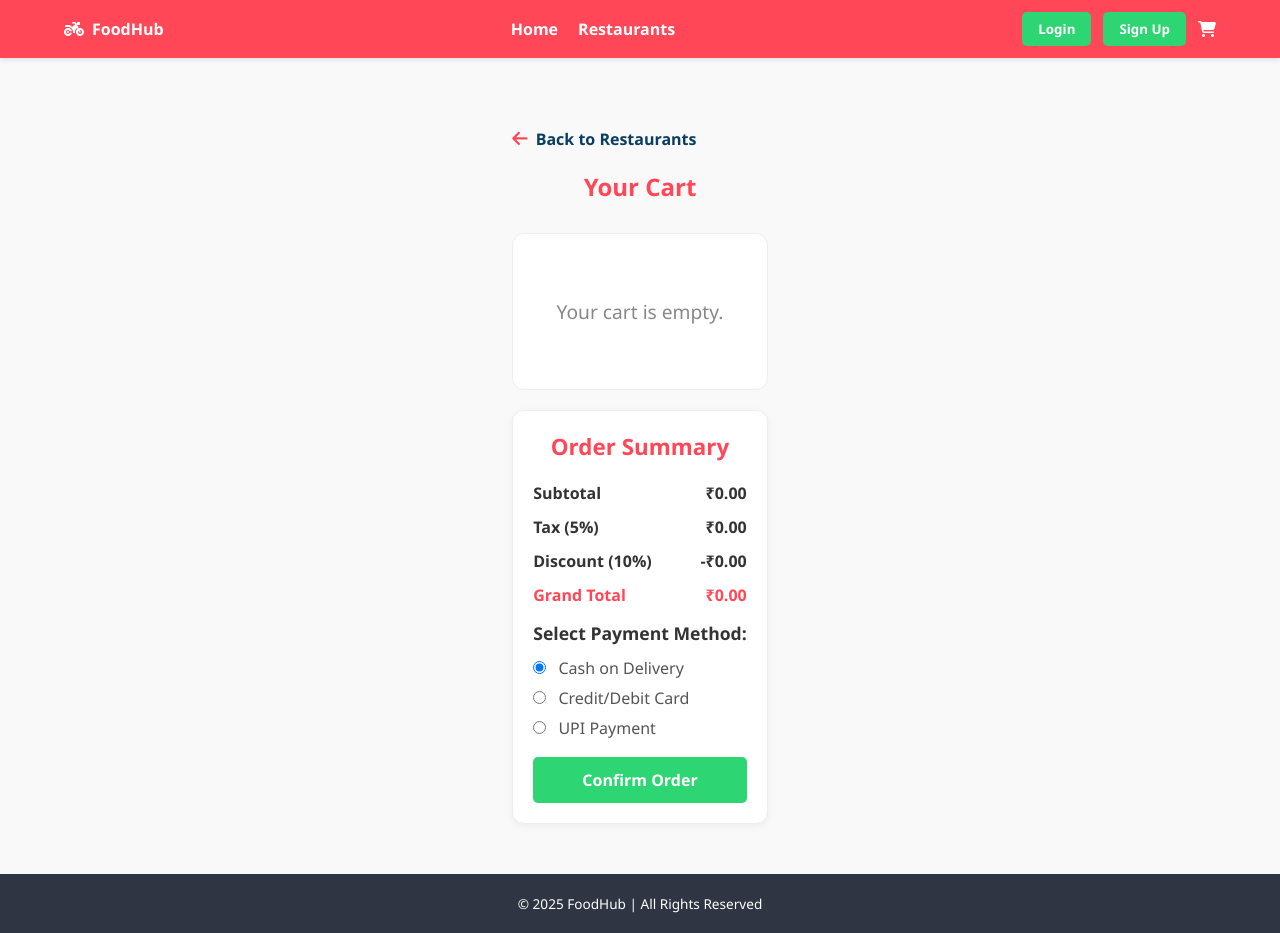
Repository: srinithiashoka/FoodDeliveryApp
Page: http://localhost/FoodDeliveryApp/cart.jsp
These files come from the project's save history. The page is drawn as it stood at one moment and after the next save; the edit follows.
The browser window is 1280 px wide. The pictures show the whole page.
The page is served by Tomcat 10. Other server files are loaded and not shown. Queries for data that is not in the repository find no rows.

Above is the page before, as saved 2025-12-03 15:37:55.

### FoodDeliveryApp/src/main/webapp/cart.jsp
<%@ page language="java" contentType="text/html; charset=UTF-8" pageEncoding="UTF-8"%>
<%@ page import="java.util.List" %>
<%@ page import="com.foodapp.model.CartItem" %>
<%@ page import="com.foodapp.dao.impl.CartDAOImpl" %>
<%@ page import="com.foodapp.dao.impl.MenuDAOImpl" %>
<%@ page import="com.foodapp.model.Menu" %>
<%@ page import="com.foodapp.model.User" %>

<%
    CartDAOImpl cartDAO = new CartDAOImpl();
    MenuDAOImpl menuDAO = new MenuDAOImpl();

    User user = (User) session.getAttribute("user");
    Integer userId = (user != null) ? user.getUserId() : 0;

    List<CartItem> cartItems = cartDAO.getCartByUser(userId);

    double subtotal = 0;
    for(CartItem item : cartItems){
        subtotal += item.getPrice() * item.getQuantity();
    }
    double tax = subtotal * 0.05;
    double discount = subtotal * 0.1;
    double grandTotal = subtotal + tax - discount;
%>

<!DOCTYPE html>
<html lang="en">
<head>
<meta charset="UTF-8">
<meta name="viewport" content="width=device-width, initial-scale=1.0">
<title>FoodHub - Your Cart</title>
<link rel="stylesheet" href="https://cdnjs.cloudflare.com/ajax/libs/font-awesome/6.5.0/css/all.min.css">
<link rel="stylesheet" href="css/cart.css">
</head>
<body>

<!-- Toast -->
<div id="toast"></div>

<header>
    <div class="container">
        <div class="navbar">
            <div class="logo">
                <i class="fa-solid fa-motorcycle"></i>
                <span>FoodHub</span>
            </div>
            <ul class="nav-menu">
                <li><a href="home.jsp">Home</a></li>
                <li><a href="home.jsp">Restaurants</a></li>
            </ul>
            <div class="nav-actions">
                <% if(user == null){ %>
                    <button onclick="location.href='login.jsp'" class="btn btn-login">Login</button>
                    <button onclick="location.href='signup.jsp'" class="btn btn-signup">Sign Up</button>
                <% } else { %>
                    <span>Welcome, <%= user.getUsername() %></span>
                <% } %>
                <div class="cart-icon-wrapper">
                    <a href="cart.jsp" title="View Cart">
                        <i class="fas fa-shopping-cart"></i>
                    </a>
                    <% if(cartItems.size() > 0) { %>
                        <span class="cart-badge"><%= cartItems.size() %></span>
                    <% } %>
                </div>
            </div>
        </div>
    </div>
</header>

<div class="cart-container">
    <a href="home.jsp" class="back-link"><i class="fa fa-arrow-left"></i> Back to Restaurants</a>
    <h2>Your Cart</h2>

    <% if(cartItems.isEmpty()){ %>
        <p class="empty-cart">Your cart is empty.</p>
    <% } else {
        for(CartItem item : cartItems){
            Menu menu = menuDAO.getMenuItemById(item.getMenuId());
            String imagePath = (menu != null && menu.getImagePath() != null && !menu.getImagePath().isEmpty())
                               ? menu.getImagePath()
                               : "images/default-food.jpg";
    %>
            <div class="cart-item" data-menu-id="<%= item.getMenuId() %>">
                <div class="cart-image">
                    <img src="<%= request.getContextPath() + "/" + imagePath %>"
                         alt="<%= item.getFoodName() %>"
                         onerror="this.src='<%= request.getContextPath() %>/images/default-food.jpg'"
                         style="width: 80px; height: 80px; object-fit: cover;">
                </div>
                <div class="cart-content">
                    <div class="cart-header">
                        <h3><%= item.getFoodName() %></h3>
                        <div class="cart-price" data-price="<%= item.getPrice() %>">₹<%= item.getPrice() %></div>
                    </div>
                    <div class="quantity-controls">
                        <button class="qty-btn decrease">-</button>
                        <input type="number" class="quantity-input" value="<%= item.getQuantity() %>" min="1" max="99">
                        <button class="qty-btn increase">+</button>
                        <button class="btn-remove">Remove</button>
                    </div>
                </div>
            </div>
    <% }} %>

    <div class="cart-summary">
        <h3>Order Summary</h3>
        <div class="summary-row">Subtotal <span id="subtotal">₹<%= String.format("%.2f", subtotal) %></span></div>
        <div class="summary-row">Tax (5%) <span id="tax">₹<%= String.format("%.2f", tax) %></span></div>
        <div class="summary-row">Discount (10%) <span id="discount">-₹<%= String.format("%.2f", discount) %></span></div>
        <div class="summary-row grand-total">Grand Total <span id="grandTotal">₹<%= String.format("%.2f", grandTotal) %></span></div>

        <div class="payment-method">
            <h4>Select Payment Method:</h4>
            <label><input type="radio" name="payment" value="cash" checked> Cash on Delivery</label>
            <label><input type="radio" name="payment" value="card"> Credit/Debit Card</label>
            <label><input type="radio" name="payment" value="upi"> UPI Payment</label>
        </div>

        <button class="checkout-btn" onclick="confirmOrder()">Confirm Order</button>
    </div>
</div>

<footer>
    <p>© 2025 FoodHub | All Rights Reserved</p>
</footer>

<script>
// Toast function
function showToast(message) {
    const toast = document.getElementById("toast");
    toast.textContent = message;
    toast.className = "show";
    setTimeout(() => {
        toast.className = toast.className.replace("show", "");
    }, 3000);
}

// Update totals
function updateTotals() {
    let subtotal = 0;
    document.querySelectorAll('.cart-item').forEach(item => {
        const qty = parseInt(item.querySelector('.quantity-input').value) || 0;
        const price = parseFloat(item.querySelector('.cart-price').dataset.price) || 0;
        subtotal += qty * price;
    });
    const tax = subtotal * 0.05;
    const discount = subtotal * 0.1;
    const grandTotal = subtotal + tax - discount;

    document.getElementById('subtotal').textContent = '₹' + subtotal.toFixed(2);
    document.getElementById('tax').textContent = '₹' + tax.toFixed(2);
    document.getElementById('discount').textContent = '-₹' + discount.toFixed(2);
    document.getElementById('grandTotal').textContent = '₹' + grandTotal.toFixed(2);
}

// Update cart quantity to server
function updateCartServer(menuId, quantity) {
    fetch('<%= request.getContextPath() %>/updateCart', {
        method: 'POST',
        headers: {'Content-Type': 'application/x-www-form-urlencoded'},
        body: `menuId=${menuId}&quantity=${quantity}`
    }).catch(err => console.error('Cart update failed:', err));
}

// Confirm Order
function confirmOrder() {
    const payment = document.querySelector('input[name="payment"]:checked').value;
    fetch('<%= request.getContextPath() %>/confirmOrder', {
        method: 'POST',
        headers: {'Content-Type': 'application/x-www-form-urlencoded'},
        body: `payment=${payment}`
    })
    .then(response => {
        if(response.ok){
            showToast("Order placed successfully!");
            setTimeout(() => {
                window.location.href = '<%= request.getContextPath() %>/trackorder.jsp';
            }, 1200);
        } else {
            showToast("Order failed. Please try again.");
        }
    }).catch(err => {
        console.error('Order request failed:', err);
        showToast("Order failed. Please try again.");
    });
}

// Quantity and Remove Button Events
document.addEventListener('DOMContentLoaded', function() {
    document.querySelectorAll('.cart-item').forEach(item => {
        const qtyInput = item.querySelector('.quantity-input');

        item.querySelector('.increase').addEventListener('click', () => {
            let currentQty = parseInt(qtyInput.value) || 1;
            qtyInput.value = currentQty + 1;
            updateTotals();
            updateCartServer(item.dataset.menuId, qtyInput.value);
        });
        item.querySelector('.decrease').addEventListener('click', () => {
            let currentQty = parseInt(qtyInput.value) || 1;
            if(currentQty > 1) {
                qtyInput.value = currentQty - 1;
                updateTotals();
                updateCartServer(item.dataset.menuId, qtyInput.value);
            }
        });
        item.querySelector('.btn-remove').addEventListener('click', () => {
            updateCartServer(item.dataset.menuId, 0);
            item.style.opacity = '0.5';
            setTimeout(() => item.remove(), 300);
            updateTotals();
        });
        qtyInput.addEventListener('change', () => {
            let qty = parseInt(qtyInput.value) || 1;
            if(qty < 1) qty = 1;
            if(qty > 99) qty = 99;
            qtyInput.value = qty;
            updateTotals();
            updateCartServer(item.dataset.menuId, qty);
        });
    });
});
</script>

</body>
</html>

### FoodDeliveryApp/src/main/java/com/foodapp/dao/impl/MenuDAOImpl.java
package com.foodapp.dao.impl;

import com.foodapp.dao.MenuDAO;
import com.foodapp.model.Menu;
import com.foodapp.util.DBConnection;

import java.sql.*;
import java.util.ArrayList;
import java.util.List;

public class MenuDAOImpl implements MenuDAO {

    @Override
    public boolean addMenuItem(Menu menu) {
        String sql = "INSERT INTO menu (restaurantId, itemName, description, price, isAvailable, imagePath) VALUES (?, ?, ?, ?, ?, ?)";
        try (Connection conn = DBConnection.getConnection();
             PreparedStatement ps = conn.prepareStatement(sql)) {
            ps.setInt(1, menu.getRestaurantId());
            ps.setString(2, menu.getItemName());
            ps.setString(3, menu.getDescription());
            ps.setDouble(4, menu.getPrice());
            ps.setBoolean(5, menu.isAvailable());
            ps.setString(6, menu.getImagePath());
            return ps.executeUpdate() > 0;
        } catch (SQLException e) { e.printStackTrace(); }
        return false;
    }

    @Override
    public boolean updateMenuItem(Menu menu) {
        String sql = "UPDATE menu SET restaurantId=?, itemName=?, description=?, price=?, isAvailable=?, imagePath=? WHERE menuId=?";
        try (Connection conn = DBConnection.getConnection();
             PreparedStatement ps = conn.prepareStatement(sql)) {
            ps.setInt(1, menu.getRestaurantId());
            ps.setString(2, menu.getItemName());
            ps.setString(3, menu.getDescription());
            ps.setDouble(4, menu.getPrice());
            ps.setBoolean(5, menu.isAvailable());
            ps.setString(6, menu.getImagePath());
            ps.setInt(7, menu.getMenuId());
            return ps.executeUpdate() > 0;
        } catch (SQLException e) { e.printStackTrace(); }
        return false;
    }

    @Override
    public boolean deleteMenuItem(int menuId) {
        String sql = "DELETE FROM menu WHERE menuId=?";
        try (Connection conn = DBConnection.getConnection();
             PreparedStatement ps = conn.prepareStatement(sql)) {
            ps.setInt(1, menuId);
            return ps.executeUpdate() > 0;
        } catch (SQLException e) { e.printStackTrace(); }
        return false;
    }

    @Override
    public Menu getMenuItemById(int menuId) {
        String sql = "SELECT * FROM menu WHERE menuId=?";
        try (Connection conn = DBConnection.getConnection();
             PreparedStatement ps = conn.prepareStatement(sql)) {
            ps.setInt(1, menuId);
            ResultSet rs = ps.executeQuery();
            if (rs.next()) return extractMenu(rs);
        } catch (SQLException e) { e.printStackTrace(); }
        return null;
    }

    @Override
    public List<Menu> getAllMenuItems() {
        List<Menu> list = new ArrayList<>();
        String sql = "SELECT * FROM menu";
        try (Connection conn = DBConnection.getConnection();
             Statement st = conn.createStatement();
             ResultSet rs = st.executeQuery(sql)) {
            while (rs.next()) list.add(extractMenu(rs));
        } catch (SQLException e) { e.printStackTrace(); }
        return list;
    }

    @Override
    public List<Menu> getMenuByRestaurant(int restaurantId) {
        List<Menu> list = new ArrayList<>();
        String sql = "SELECT * FROM menu WHERE restaurantId=?";
        try (Connection conn = DBConnection.getConnection();
             PreparedStatement ps = conn.prepareStatement(sql)) {
            ps.setInt(1, restaurantId);
            ResultSet rs = ps.executeQuery();
            while (rs.next()) list.add(extractMenu(rs));
        } catch (SQLException e) { e.printStackTrace(); }
        return list;
    }

    private Menu extractMenu(ResultSet rs) throws SQLException {
        Menu menu = new Menu();
        menu.setMenuId(rs.getInt("menuId"));
        menu.setRestaurantId(rs.getInt("restaurantId"));
        menu.setItemName(rs.getString("itemName"));
        menu.setDescription(rs.getString("description"));
        menu.setPrice(rs.getDouble("price"));
        menu.setAvailable(rs.getBoolean("isAvailable"));
        menu.setImagePath(rs.getString("imagePath"));
        return menu;
    }
}

### FoodDeliveryApp/src/main/webapp/css/cart.css
/* =======================
   RESET & GENERAL
======================= */
* {
    margin: 0;
    padding: 0;
    box-sizing: border-box;
    font-family: "Segoe UI", Tahoma, Geneva, Verdana, sans-serif;
}
a {
    text-decoration: none;
    color: inherit;
}
body {
    display: flex;
    flex-direction: column;
    min-height: 100vh;
    background: #f9f9f9;
    color: #333;
}
.container {
    width: 90%;
    max-width: 1200px;
    margin: auto;
}

/* =======================
   HEADER
======================= */
header {
    background: #ff4757;
    padding: 12px 0;
    color: white;
    position: sticky;
    top: 0;
    z-index: 100;
    box-shadow: 0 2px 5px rgba(0, 0, 0, 0.1);
}
.navbar {
    display: flex;
    justify-content: space-between;
    align-items: center;
}
.logo {
    display: flex;
    align-items: center;
    gap: 8px;
    font-weight: 700;
    transition: transform 0.5s ease, color 0.5s ease;
}
.logo:hover {
    transform: rotate(-5deg) scale(1.05);
    color: #ffeaa7;
}
.scooter-icon {
    font-size: 28px;
    animation: bounce 2s infinite;
    color: white;
}
@keyframes bounce {
    0%, 100% { transform: translateY(0); }
    50% { transform: translateY(-6px); }
}
.nav-menu {
    display: flex;
    list-style: none;
    gap: 20px;
}
.nav-menu li a {
    font-weight: bold;
    color: white;
    transition: color 0.3s;
}
.nav-menu li a:hover { color: #ffeaa7; }
.nav-actions {
    display: flex;
    align-items: center;
    gap: 12px;
}
.btn {
    padding: 8px 16px;
    border: none;
    border-radius: 5px;
    cursor: pointer;
    font-weight: bold;
    transition: background 0.3s, transform 0.2s;
}
.btn-login, .btn-signup {
    background: #2ed573;
    color: white;
}
.btn-login:hover, .btn-signup:hover {
    background: #26c35e;
    transform: scale(1.05);
}
.cart-icon-wrapper { position: relative; }
.cart-badge {
    position: absolute;
    top: -5px;
    right: -7px;
    background: #ff4757;
    color: white;
    font-size: 12px;
    padding: 2px 6px;
    border-radius: 50%;
}

/* =======================
   CART CONTAINER
======================= */
.cart-container {
    padding: 50px 0;
    max-width: 900px;
    margin: 0 auto;
}
/* Back link below navbar */
.back-link {
    display: inline-flex;
    align-items: center;

    gap: 8px;
    font-size: 1rem;
    font-weight: 600;
    color: #0a3d62;
    margin: 20px 0; /* space from header */
}
.back-link i { font-size: 1.1rem; color: #ff4757; }
.back-link:hover { text-decoration: underline; }

/* Cart title */
.cart-container h2 {
    text-align: center;
    color: #ff4757;
    margin-bottom: 30px;
}

/* Empty cart */
.empty-cart {
    text-align: center;
    padding: 4rem 2rem;
    background: #fff;
    border-radius: 12px;
    border: 1px solid #eee;
    color: #888;
    font-size: 1.2rem;
    margin-bottom: 20px;
}

/* Cart items */
.cart-item {
    display: flex;
    align-items: center;
    margin-bottom: 20px;
    padding: 12px;
    border-bottom: 1px solid #eee;
    background: #fff;
    border-radius: 8px;
    transition: box-shadow 0.3s;
}
.cart-item:hover { box-shadow: 0 4px 12px rgba(0,0,0,0.1); }

.cart-image {
    background: #fff;
    padding: 8px;
    border-radius: 12px;
    width: 120px;
    height: 120px;
    flex-shrink: 0;
    display: flex;
    align-items: center;
    justify-content: center;
    margin-right: 20px;
}
.cart-image img {
    width: 100%;
    height: 100%;
    object-fit: cover;
    border-radius: 12px;
}

.cart-content {
    flex: 1;
}
.cart-header {
    display: flex;
    justify-content: space-between;
    align-items: center;
}
.cart-header h3 { margin: 0; font-size: 1.2rem; color: #ff4757; }
.cart-price { font-weight: bold; margin-top: 6px; }

.quantity-controls {
    display: flex;
    align-items: center;
    gap: 8px;
    margin-top: 6px;
    flex-wrap: wrap;
}
.quantity-input {
    width: 40px;
    height: 36px;
    text-align: center;
    border-radius: 5px;
    border: 1px solid #ccc;
    background: #f7f7f7;
    font-size: 0.9rem;
}
.qty-btn {
    border: none;
    background: #ddd;
    padding: 6px 10px;
    border-radius: 5px;
    cursor: pointer;
    font-weight: bold;
    font-size: 0.85rem;
    display: flex;
    align-items: center;
    justify-content: center;
}
.qty-btn:hover { background: #bbb; }
.btn-remove {
    background: #ff6b81;
    color: white;
    border: none;
    padding: 0 12px;
    border-radius: 5px;
    height: 36px;
    display: flex;
    align-items: center;
    justify-content: center;
    cursor: pointer;
    font-weight: bold;
    font-size: 0.85rem;
}
.btn-remove:hover { background: #ff5252; }

/* Cart Summary */
.cart-summary {
    background: #fff;
    padding: 20px;
    border-radius: 12px;
    margin-top: 20px;
    border: 1px solid #eee;
    box-shadow: 0 2px 8px rgba(0,0,0,0.05);
}
.cart-summary h3 {
    text-align: center;
    color: #ff4757;
    margin-bottom: 20px;
    font-size: 1.4rem;
}
.summary-row {
    display: flex;
    justify-content: space-between;
    margin-bottom: 12px;
    font-size: 1rem;
    font-weight: 600;
}
.summary-row:last-child { border-top: 2px solid #eee; padding-top: 12px; font-size: 1.1rem; }
.grand-total { color: #ff4757; font-weight: bold; }

.checkout-btn {
    width: 100%;
    padding: 12px;
    background: #2ed573;
    color: white;
    border: none;
    border-radius: 5px;
    font-weight: bold;
    cursor: pointer;
    font-size: 1rem;
    margin-top: 10px;
    transition: background 0.3s;
}
.checkout-btn:hover { background: #26c35e; }

/* Payment */
.payment-method {
    margin-top: 15px;
}
.payment-method h4 {
    font-size: 1.1rem;
    margin-bottom: 12px;
    color: #333;
    font-weight: 600;
}
.payment-method label {
    font-weight: 500;
    margin-bottom: 8px;
    display: block;
    cursor: pointer;
    color: #555;
}
.payment-method input[type="radio"] { margin-right: 8px; }

/* Footer */
footer {
    background: #2f3542;
    color: white;
    text-align: center;
    padding: 20px 0;
    font-size: 0.85rem;
    margin-top: auto;
}

/* Toast */
#toast {
    visibility: hidden;
    min-width: 150px;
    max-width: 220px;
    background-color: #2ed573;
    color: white;
    text-align: center;
    border-radius: 8px;
    padding: 12px;
    position: fixed;
    z-index: 9999;
    top: 20px;
    right: 20px;
    font-size: 14px;
    opacity: 0;
    transition: opacity 0.3s, visibility 0.3s;
    box-shadow: 0 2px 6px rgba(0,0,0,0.2);
}
#toast.show { visibility: visible; opacity: 1; }

/* RESPONSIVE */
@media (max-width:768px){
    .cart-item { flex-direction: column; align-items: flex-start; }
    .cart-image { width: 100%; height: 200px; margin-bottom: 12px; }
    .quantity-controls { flex-wrap: wrap; gap: 6px; }
    .btn-remove, .checkout-btn { width: 100%; }
    .back-link { font-size: 0.95rem; }
}

Loaded but not shown: FoodDeliveryApp/src/main/java/com/foodapp/dao/impl/CartDAOImpl.java (246 lines, source omitted)

After the next save:
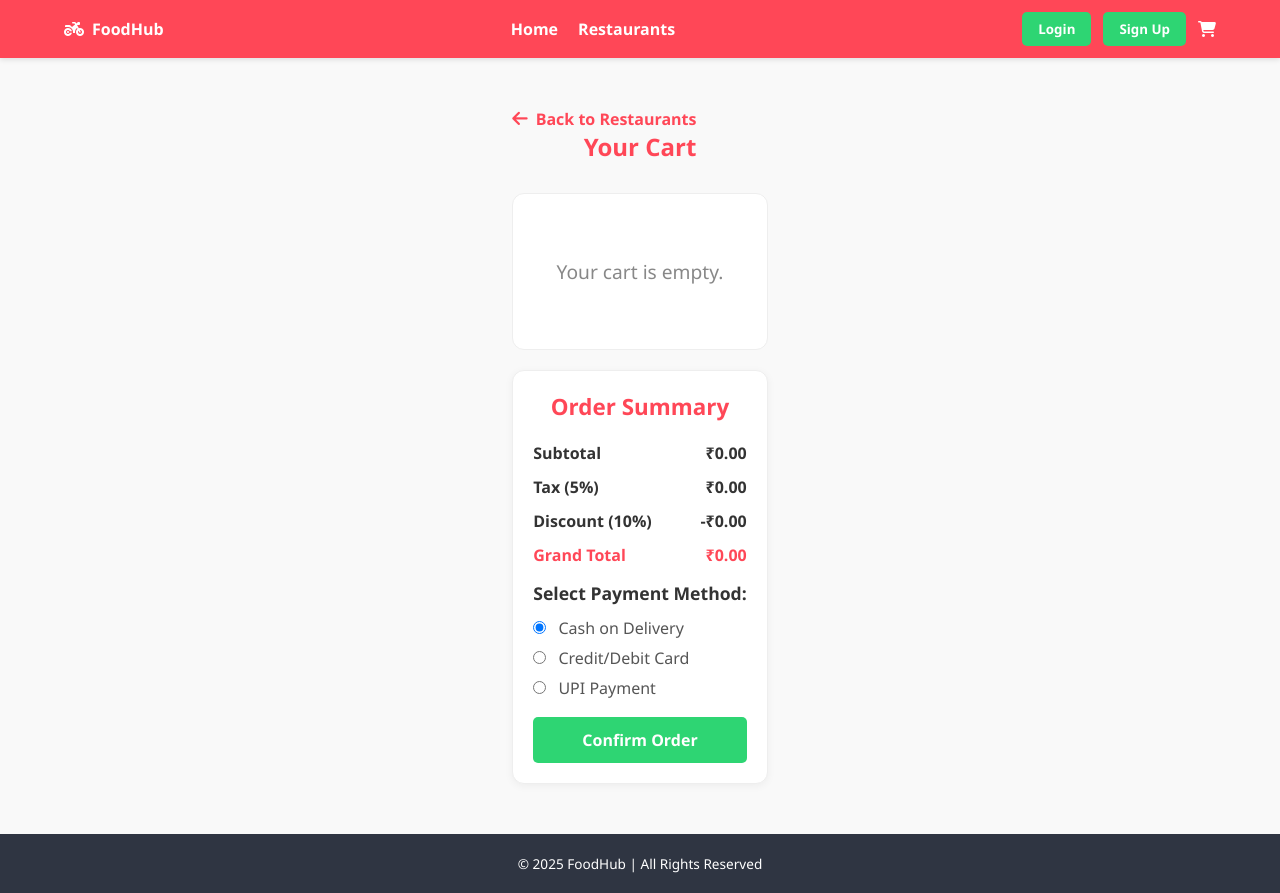
Saved 69 s later.
--- a/FoodDeliveryApp/src/main/webapp/css/cart.css
+++ b/FoodDeliveryApp/src/main/webapp/css/cart.css
@@ -113,18 +113,24 @@ header {
     max-width: 900px;
     margin: 0 auto;
 }
-/* Back link below navbar */
+/* Back link container ensures full width and left alignment */
+.back-link-container {
+    width: 100%;
+    padding: 10px 20px; /* adjust horizontal padding as needed */
+    background: #f9f9f9;
+}
+
+/* Back link styling */
 .back-link {
     display: inline-flex;
     align-items: center;
-
     gap: 8px;
     font-size: 1rem;
     font-weight: 600;
-    color: #0a3d62;
-    margin: 20px 0; /* space from header */
-}
-.back-link i { font-size: 1.1rem; color: #ff4757; }
+    color: #ff4757; /* red color */
+    text-decoration: none;
+}
+.back-link i { font-size: 1.1rem; }
 .back-link:hover { text-decoration: underline; }
 
 /* Cart title */
